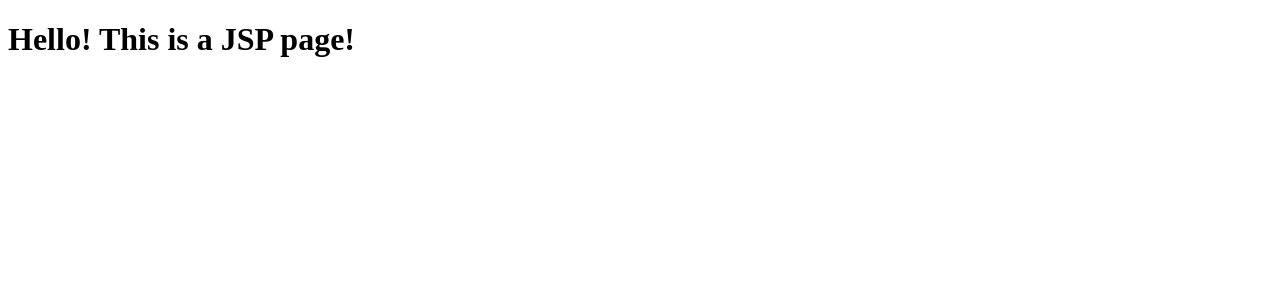
Repository: champloo2/JSPServeletCIS175
Page: http://localhost/TFeeder/
These files come from the project's save history. The page is drawn as it stood at one moment and after the next save; the edit follows.
The browser window is 1280 px wide. The pictures show the whole page.
The page is served by Tomcat 9. Other server files are loaded and not shown.

Above is the page before, as saved 2020-02-11 23:12:13.

### TFeeder/WebContent/index.jsp
<%@ page language="java" contentType="text/html; charset=ISO-8859-1"
    pageEncoding="ISO-8859-1"%>
<!DOCTYPE html>
<html>

<head>
<meta charset="ISO-8859-1">
<title>T FEEDER PAGE</title>
</head>
<body>
<h1>Hello! This is a JSP page!</h1>
</body>
</html>

After the next save:
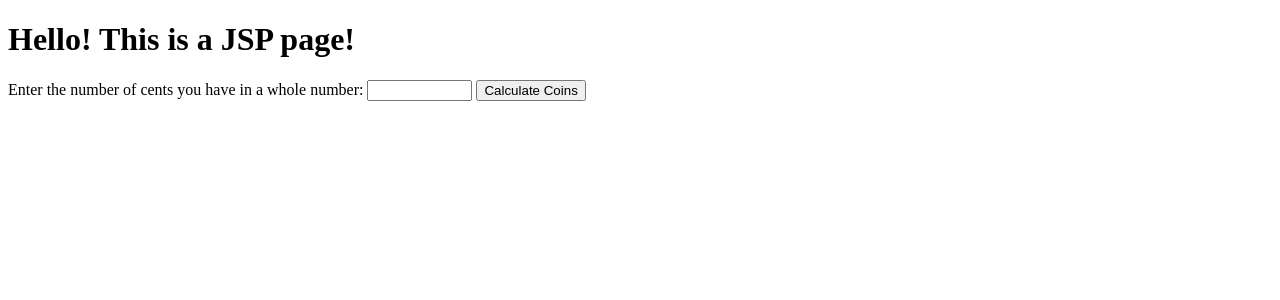
Saved 2 min 56 s later.
--- a/TFeeder/WebContent/index.jsp
+++ b/TFeeder/WebContent/index.jsp
@@ -9,5 +9,10 @@
 </head>
 <body>
 <h1>Hello! This is a JSP page!</h1>
+<form action="getCentsServlet" method="post">
+Enter the number of cents you have in a whole number:
+<input type="text" name="userCents" size="10">
+<input type="submit" value="Calculate Coins" />
+</form>
 </body>
 </html>
